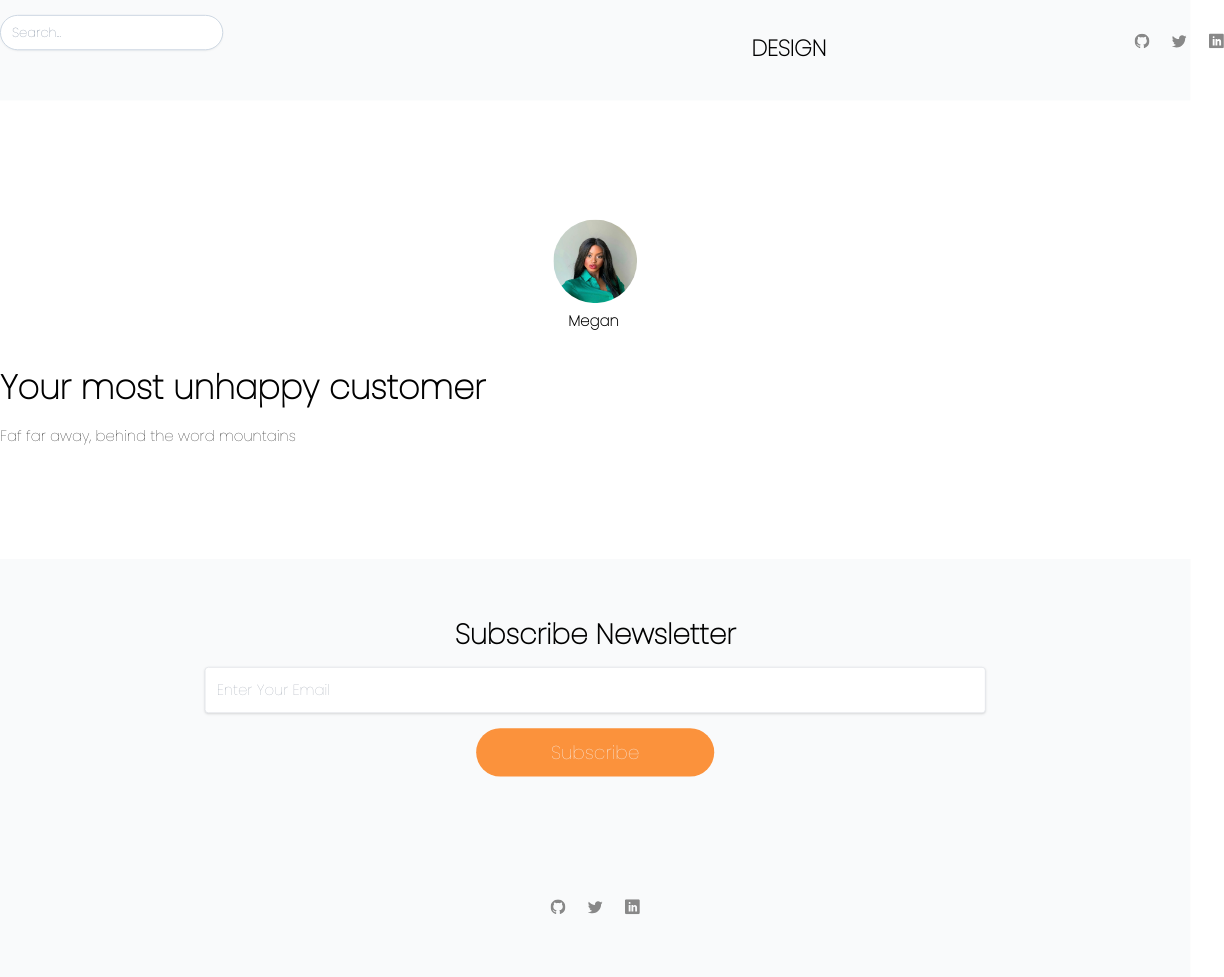
Repository: Megan74/blog5
Page: /posts/page
These files come from the project's save history. The page is drawn as it stood at one moment and after the next save; the edit follows.
The browser window is 1280 px wide. The page is 1316 px wide, so the pictures cover 1316 px, including what lies to the right of the window. The pictures show the whole page, at 93% of full size.
The project was rebuilt for these pictures with package versions that can differ from the ones it lists, and the page was loaded fresh each time. The framework's server and built-in components were replaced by stand-ins that run in the browser. Also part of the build but not shown: next.config.js.

Above is the page before, as saved 2022-07-02 17:50:46.

After the next save:
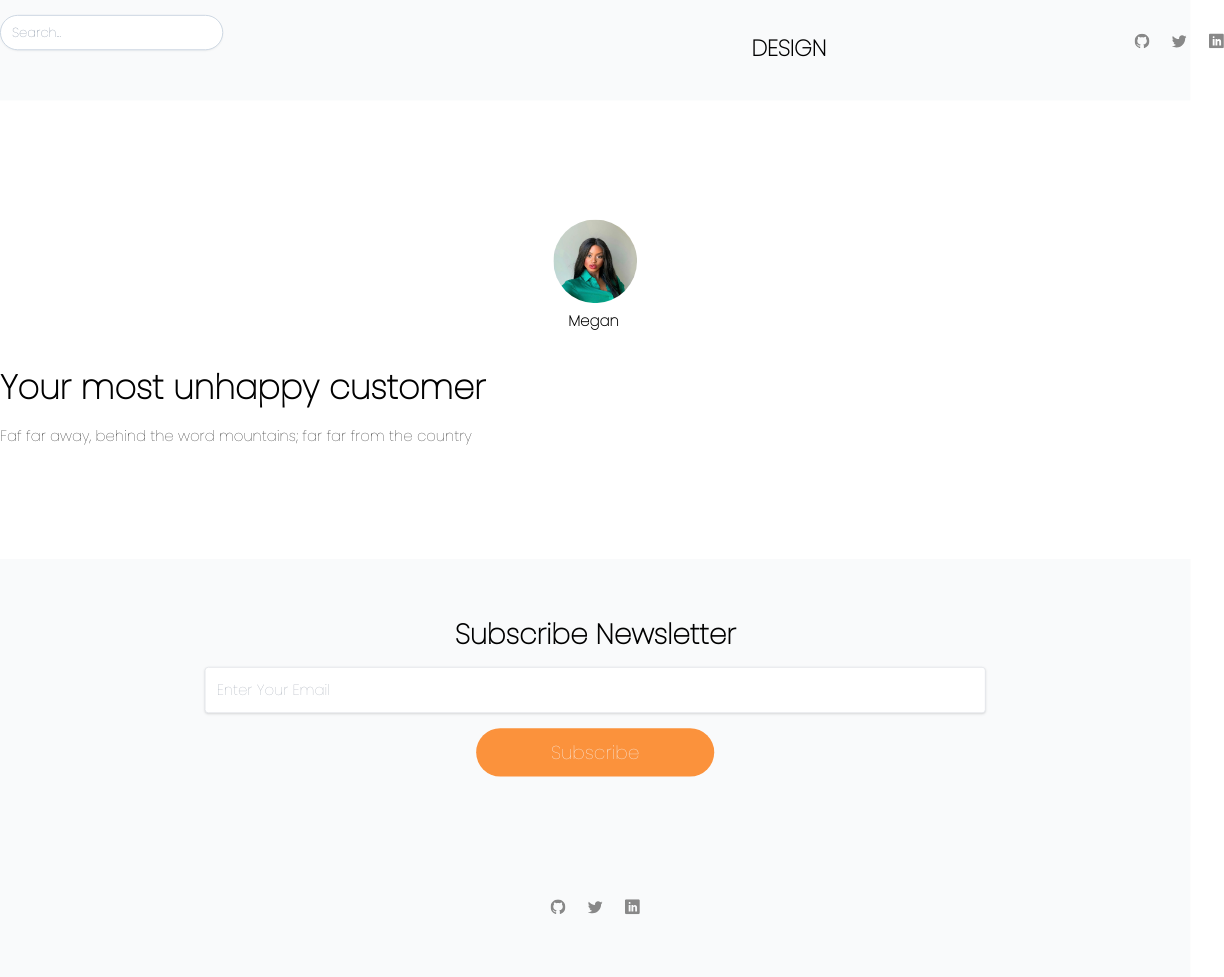
Saved 9 s later.
--- a/pages/posts/page.js
+++ b/pages/posts/page.js
@@ -14,7 +14,7 @@
          <div className="post py-10">
             <h1 className="font-bold text-4xl text-cente  pb-5">Your most unhappy customer </h1>
 
-            <p>Faf far away, behind the word mountains</p>
+            <p>Faf far away, behind the word mountains; far far from the country</p>
 
 
          </div>
